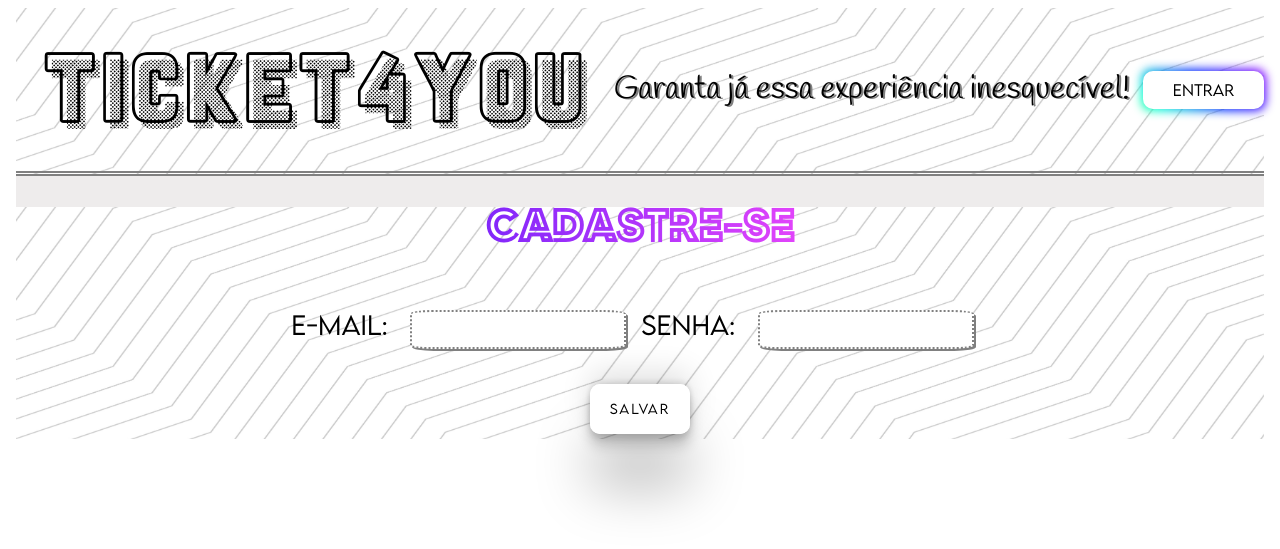
Repository: hellengurgaczz/projeto-DSA
Page: /login/cadastro
An editor plug-in stored every save of this project. The page is shown before and after the next save, followed by the edit.
The browser window is 1280 px wide. The pictures show the whole page.
The project was rebuilt for these pictures with package versions that can differ from the ones it lists, and the page was loaded fresh each time. Also part of the build but not shown: angular.json, src/app/ingressos/templates/cadastrar/cadastrar.component.ts, src/app/models/ingresso.model.ts, src/app/services/ingresso.service.ts, src/app/compra/comprar-ingresso/comprar-ingresso.component.ts, src/app/models/compra.model.ts, src/app/services/compra.service.ts, src/app/ingressos/templates/deletar/deletar.component.ts and 3 more.

Above is the page before, as saved 2022-05-20 11:28:15.

### src/index.html
<!doctype html>
<html lang="en">
<head>
  <meta charset="utf-8">
  <title>ProjetoDSA</title>
  <base href="/">
  <meta name="viewport" content="width=device-width, initial-scale=1">
  <link rel="icon" type="image/x-icon" href="favicon.ico">
</head>
<body>
  <app-root></app-root>
</body>
</html>

### src/app/app.module.ts
import { NgModule } from '@angular/core';
import { BrowserModule } from '@angular/platform-browser';
import { HttpClientModule } from '@angular/common/http';

import { AppRoutingModule } from './app-routing.module';
import { BrowserAnimationsModule } from '@angular/platform-browser/animations';
import { AppComponent } from './app.component';
import { HeaderComponent } from './ingressos/templates/header/header.component';
import { CadastrarComponent } from './ingressos/templates/cadastrar/cadastrar.component';
import { ListarComponent } from './ingressos/templates/listar/listar.component';
import { DeletarComponent } from './ingressos/templates/deletar/deletar.component';
import { EditarComponent } from './ingressos/templates/editar/editar.component';

// imports angular material

import { FormsModule } from '@angular/forms';
import { ComprarIngressoComponent } from './compra/comprar-ingresso/comprar-ingresso.component';
import { LoginComponent } from './login/login.component';
import { LoginCadastroComponent } from './login/login-cadastro/login-cadastro.component';


@NgModule({
  imports: [
    BrowserModule,
    AppRoutingModule,
    HttpClientModule,
    BrowserAnimationsModule,
    FormsModule
  ],
  declarations: [
    AppComponent,
    HeaderComponent,
    CadastrarComponent,
    ListarComponent,
    DeletarComponent,
    EditarComponent,
    ComprarIngressoComponent,
    LoginComponent,
    LoginCadastroComponent
  ],
  providers: [],
  bootstrap: [AppComponent]
})
export class AppModule { }

### src/app/app-routing.module.ts
import { NgModule } from '@angular/core';
import { RouterModule, Routes } from '@angular/router';
import { CadastrarComponent } from './ingressos/templates/cadastrar/cadastrar.component';
import { ComprarIngressoComponent } from './compra/comprar-ingresso/comprar-ingresso.component';
import { DeletarComponent } from './ingressos/templates/deletar/deletar.component';
import { EditarComponent } from './ingressos/templates/editar/editar.component';
import { ListarComponent } from './ingressos/templates/listar/listar.component';
import { LoginComponent } from './login/login.component';
import { LoginCadastroComponent } from './login/login-cadastro/login-cadastro.component';

const routes: Routes = [
  {path: "", component: LoginComponent},
  {path: "cadastrar", component: CadastrarComponent},
  {path: "listar", component: ListarComponent},
  {path: "editar/:id", component: EditarComponent},
  {path: "deletar/:id", component: DeletarComponent},
  {path: "comprar/:id", component: ComprarIngressoComponent},
  {path: "login", component: LoginComponent},
  {path: "login/cadastro", component: LoginCadastroComponent}
];

@NgModule({
  imports: [RouterModule.forRoot(routes)],
  exports: [RouterModule]
})

export class AppRoutingModule { }

### src/app/app.component.ts
import { Component } from '@angular/core';

@Component({
  selector: 'app-root',
  templateUrl: './app.component.html',
  styleUrls: ['./app.component.css']
})
export class AppComponent {
  title = 'projeto-DSA';
}

### src/app/login/login-cadastro/login-cadastro.component.ts
import { Component, OnInit } from '@angular/core';
import { ActivatedRoute, Router } from '@angular/router';
import { Login } from 'src/app/models/login.model';
import { LoginService } from 'src/app/services/login.service';

@Component({
  selector: 'app-login-cadastro',
  templateUrl: './login-cadastro.component.html',
  styleUrls: ['./login-cadastro.component.css']
})
export class LoginCadastroComponent implements OnInit {

  login: Login = new Login();

  constructor(private loginService: LoginService, private router: Router, private route: ActivatedRoute) { }

  ngOnInit(): void {

  }

  salvarLogin() {
    // verifica se este login já não existe:
    if(!this.verificarLogin()) {
      this.loginService.cadastrarLogin(this.login).subscribe(() => {
        this.router.navigate(['/listar']);
      });
    }
  }

  verificarLogin() {
    this.loginService.verificarLogin();

    if(this.login && this.login.senha === this.login.senha) {
      return false;
    } else {
      return true;
    }
  }
}

### src/app/app.component.html
<body>
  <app-header></app-header>

  <main>

    <router-outlet></router-outlet>

  </main>
</body>

### src/app/app.component.css
body {
    background-color: rgba(146, 132, 132, 0.151);
}

### src/app/ingressos/templates/header/header.component.html

<div class="header">
    <div class="titulo">
        <h1 style="font-weight: lighter;">
            TICKET4YOU
        </h1>
        <h4 class="desc">
           Garanta já essa experiência inesquecível!
        </h4>
    </div>
    <div class="login">
        <a routerLink="./login">Entrar</a>
    </div>
</div>

### src/app/ingressos/templates/header/header.component.css
.header {
    display: flex;
    flex-direction: column end;
    background-image: url(../fonts/SL_042620_30310_10.jpg);
    background-size: cover;
    border-bottom: 5px double grey;
}

.titulo {
    display: flex;
    width: 95%;
    align-items: center;
    justify-content: center;
    flex-direction: column end;
    font-size: 25px;
    font-family:AMP;
    margin-left: 15px;
}

.desc{
  font-family: Sacramento;
  font-size: 32px;
  font-weight: normal;
  margin-left: 25px;
  text-shadow: 2px 1px grey;
}

.login {
    display: flex;
    flex-direction: column;
    justify-content: center;
    align-items: center;
}

a{
  padding: 0.6em 2em;
  border: none;
  text-decoration: none;
  font-family: LEMONMILK-Light;
  font-size: 15px;
  outline: none;
  color: rgb(0, 0, 0);
  background: rgb(255, 255, 255);
  cursor: pointer;
  position: relative;
  z-index: 0;
  border-radius: 10px;
  user-select: none;
  -webkit-user-select: none;
  touch-action: manipulation;
}

a::before{
  content: "";
  background: linear-gradient(
    45deg,
    #ff0000,
    #ff7300,
    #fffb00,
    #48ff00,
    #00ffd5,
    #002bff,
    #7a00ff,
    #ff00c8,
    #ff0000
  );
  position: absolute;
  top: -2px;
  left: -2px;
  background-size: 400%;
  z-index: -1;
  filter: blur(5px);
  -webkit-filter: blur(5px);
  width: calc(100% + 4px);
  height: calc(100% + 4px);
  animation: glowing-button-85 20s linear infinite;
  transition: opacity 0.3s ease-in-out;
  border-radius: 10px;
}

a::after{
  z-index: -1;
  content: "";
  position: absolute;
  width: 100%;
  height: 100%;
  background: rgb(255, 255, 255);
  left: 0;
  top: 0;
  border-radius: 10px;
}

@font-face{
  font-family: AMP;
  src:url(../fonts/AMP.ttf)
}

@font-face{
  font-family: LEMONMILK-Light;
  src: url(../fonts/LEMONMILK-Light.otf);
}

@font-face{
  font-family: Sacramento;
  src: url(../fonts/Handlee-Regular.ttf);
}

@keyframes glowing-button-85 {
  0% {
    background-position: 0 0;
  }
  50% {
    background-position: 400% 0;
  }
  100% {
    background-position: 0 0;
  }
}

### src/app/models/login.model.ts
export class Login {
    id: number = 0;
    email?: string;
    senha?: string;
    cpf?: string;
}

### src/app/services/login.service.ts
import { HttpClient } from '@angular/common/http';
import { Injectable } from '@angular/core';
import { ActivatedRoute, Router } from '@angular/router';
import { Observable } from 'rxjs';
import { Login } from '../models/login.model';

@Injectable({
  providedIn: 'root'
})
export class LoginService {

  login: Login = new Login();

  constructor(private http: HttpClient, private router: Router, private route: ActivatedRoute) { }

  URL = "http://localhost:3001/logins";

    buscarLogin(email : String) : Observable<Login>{
      return this.http.get<Login>(this.URL + "/");
    }

    cadastrarLogin(login : Login) : Observable<any> {
      console.log(login)
      return this.http.post(this.URL, login);
    }

    verificarLogin() {
      const email = this.route.snapshot.paramMap.get("email");
      this.buscarLogin(String(email)).subscribe((login) =>{
        this.login = login;
        return login;
      });
    }
}

### src/app/login/login-cadastro/login-cadastro.component.html
<body>
    <div class="cadastrarLogin">
      <h1>CADASTRE-SE</h1>
    </div>
  <form>
      <div class="titles">
          <form action="POST">
              <label for="email">E-mail: </label>
              <input type="text" name="email" [(ngModel)]="login.email">

              <label for="senha">Senha: </label>
              <input name="senha" type="password" [(ngModel)]="login.senha">

          </form>

      </div>
      <div class="acoes">
          <button class="btnSalvarLogin, primary" (click)="salvarLogin()">Salvar</button>
        </div>
  </form>

  </body>

### src/app/login/login-cadastro/login-cadastro.component.css
.cadastrarLogin{
  font-family: NEON;
  font-size: 23px;
  text-align: center;
  font-weight: bold;
  background-image: linear-gradient(to right, #560A86, #7122FA, #F148FB, #FFACFC);
  -webkit-background-clip: text;
  color: transparent;
  margin: 0;
}

.titles{
  font-family: LEMONMILK-Light;
  font-size: 25px;
  text-align: center;
  padding: 15px;
}

input{
  font-family: LEMONMILK-Light;
  padding: 9px;
  margin: 15px;
  border-radius: 10%;
  border-color: grey;
  border-style: dotted;
  box-shadow: 2px 2px grey;
}

body {
  background-image: url(../fonts/SL_042620_30310_10.jpg);
  background-size: cover;
  margin: 0;
}

.acoes{
  text-align: center;
  margin: 0;
}

.btnSalvarLogin, .primary{
  margin: 5px;
  letter-spacing: 2px;
  font-family: LEMONMILK-Light;
  font-size: 13px;
  height: 50px;
  width: 100px;
  border: none;
  color: #000;
  background: #fff;
  position: relative;
  z-index: 0;
  border-radius: 10px;
  box-shadow: rgba(0, 0, 0, 0.25) 0px 54px 55px, rgba(0, 0, 0, 0.12) 0px -12px 30px, rgba(0, 0, 0, 0.12) 0px 4px 6px, rgba(0, 0, 0, 0.17) 0px 12px 13px, rgba(0, 0, 0, 0.09) 0px -3px 5px;
}

.btnSalvarLogin::before, .primary::before{
  content: '';
  background: linear-gradient(45deg, #ff0000, #ff7300, #fffb00, #48ff00, #00ffd5, #002bff, #7a00ff, #ff00c8, #ff0000);
  position: absolute;
  top: -2px;
  left:-2px;
  background-size: 400%;
  z-index: -1;
  filter: blur(5px);
  width: calc(100% + 4px);
  height: calc(100% + 4px);
  animation: glowing 20s linear infinite;
  opacity: 0;
  transition: opacity .3s ease-in-out;
  border-radius: 10px;
}

.btnSalvarLogin:hover::before, .primary:hover::before{
  opacity: 1;
}

.btnSalvarLogin::after, .primary::after{
  z-index: -1;
  content: '';
  position: absolute;
  width: 100%;
  height: 100%;
  background: #fff;
  left: 0;
  top: 0;
  border-radius: 10px;
}

@font-face{
  font-family: NEON;
  src: url(../fonts/NEONLEDLight.otf)
}

@keyframes glowing {
  0% { background-position: 0 0; }
  50% { background-position: 400% 0; }
  100% { background-position: 0 0; }
}

Loaded but not shown: src/styles.css (common file); src/main.ts (common file); src/environments/environment.ts (common file); src/app/ingressos/templates/header/header.component.ts (common file)

After the next save:
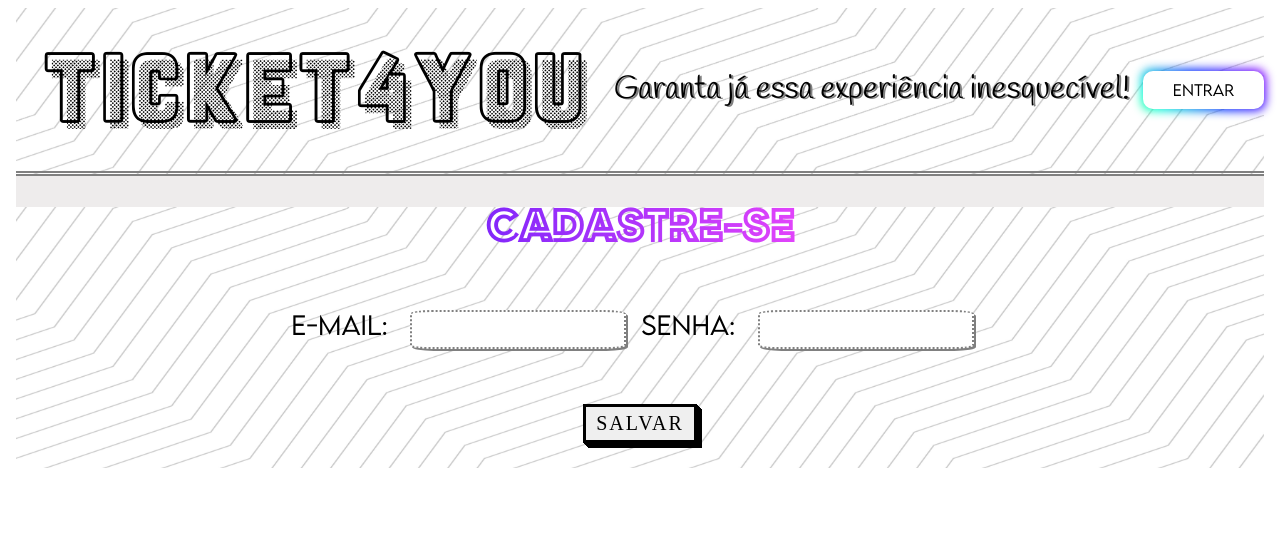
Saved 10 days later.
--- a/src/app/login/login-cadastro/login-cadastro.component.css
+++ b/src/app/login/login-cadastro/login-cadastro.component.css
@@ -37,53 +37,28 @@
   margin: 0;
 }
 
-.btnSalvarLogin, .primary{
-  margin: 5px;
+button{
+  font-family: LEMONMILKLight;
+  font-size: 20px;
   letter-spacing: 2px;
-  font-family: LEMONMILK-Light;
-  font-size: 13px;
-  height: 50px;
-  width: 100px;
-  border: none;
+  text-decoration: none;
+  text-transform: uppercase;
   color: #000;
-  background: #fff;
+  cursor: pointer;
+  border: 3px solid;
+  padding: 0.25em 0.5em;
+  box-shadow: 1px 1px 0px 0px, 2px 2px 0px 0px, 3px 3px 0px 0px, 4px 4px 0px 0px, 5px 5px 0px 0px;
   position: relative;
-  z-index: 0;
-  border-radius: 10px;
-  box-shadow: rgba(0, 0, 0, 0.25) 0px 54px 55px, rgba(0, 0, 0, 0.12) 0px -12px 30px, rgba(0, 0, 0, 0.12) 0px 4px 6px, rgba(0, 0, 0, 0.17) 0px 12px 13px, rgba(0, 0, 0, 0.09) 0px -3px 5px;
+  user-select: none;
+  -webkit-user-select: none;
+  touch-action: manipulation;
+  margin: 25px;
 }
 
-.btnSalvarLogin::before, .primary::before{
-  content: '';
-  background: linear-gradient(45deg, #ff0000, #ff7300, #fffb00, #48ff00, #00ffd5, #002bff, #7a00ff, #ff00c8, #ff0000);
-  position: absolute;
-  top: -2px;
-  left:-2px;
-  background-size: 400%;
-  z-index: -1;
-  filter: blur(5px);
-  width: calc(100% + 4px);
-  height: calc(100% + 4px);
-  animation: glowing 20s linear infinite;
-  opacity: 0;
-  transition: opacity .3s ease-in-out;
-  border-radius: 10px;
-}
-
-.btnSalvarLogin:hover::before, .primary:hover::before{
-  opacity: 1;
-}
-
-.btnSalvarLogin::after, .primary::after{
-  z-index: -1;
-  content: '';
-  position: absolute;
-  width: 100%;
-  height: 100%;
-  background: #fff;
-  left: 0;
-  top: 0;
-  border-radius: 10px;
+button:active{
+  box-shadow: 0px 0px 0px 0px;
+  top: 5px;
+  left: 5px;
 }
 
 @font-face{
